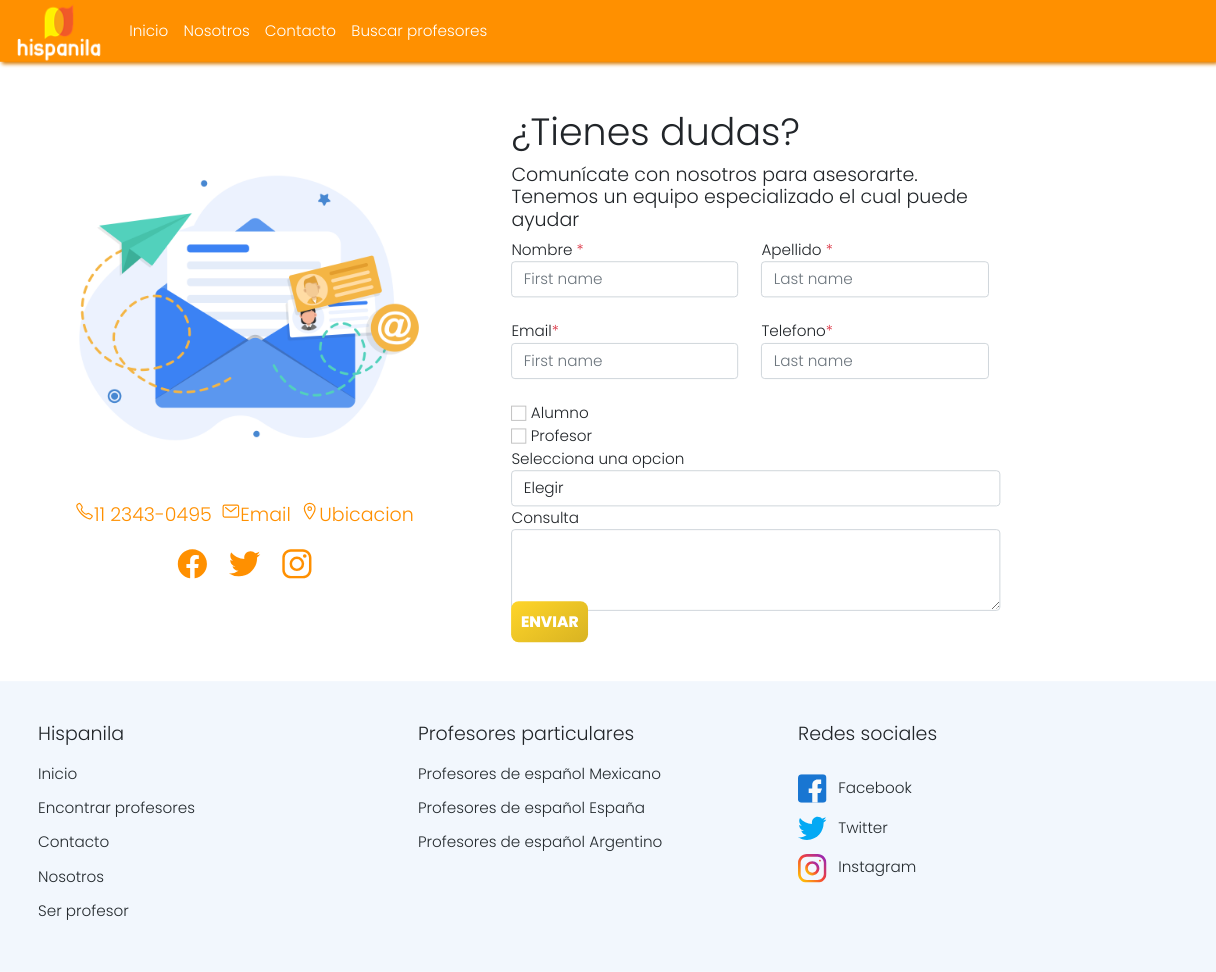
Repository: AgustinGarciaDev/Hispanila
Page: contact.html
These files come from the project's save history. The page is drawn as it stood at one moment and after the next save; the edit follows.
The browser window is 1280 px wide. The pictures show the whole page, at 95% of full size.
Some web libraries are served in a nearby version. The style sheet was rebuilt from its Sass, Less or Tailwind sources for each picture, by a compiler version that may differ from the author's.

Above is the page before, as saved 2021-01-29 00:03:04.

### contact.html
<!DOCTYPE html>
<html lang="en">

<head>

    <head>
        <meta charset="UTF-8">
        <title>Contacto</title>
        <meta name="viewport" content="width=device-width, user-scalable=no">
        <meta name="description" content="¿Tenes dudas? Comunícate con nosotros para asesorarte. Tenemos un equipo especializado el cual puede ayudar ">
        <meta name="keywords" content="Hispanila, contacto, ayuda, equipo , asesoramiento">
        <link rel="stylesheet" href="https://cdnjs.cloudflare.com/ajax/libs/animate.css/4.1.1/animate.min.css" />
        <link rel="preconnect" href="https://fonts.gstatic.com">
        <link rel="preconnect" href="https://fonts.gstatic.com">
        <link href="https://fonts.googleapis.com/css2?family=Poppins:ital,wght@0,200;0,300;0,800;0,900;1,200;1,500&display=swap" rel="stylesheet">
        <link href="https://fonts.googleapis.com/css2?family=Archivo:ital@0;1&display=swap" rel="stylesheet">
        <link href="https://cdn.jsdelivr.net/npm/bootstrap@5.0.0-beta1/dist/css/bootstrap.min.css" rel="stylesheet" integrity="sha384-giJF6kkoqNQ00vy+HMDP7azOuL0xtbfIcaT9wjKHr8RbDVddVHyTfAAsrekwKmP1" crossorigin="anonymous">
        <link rel="stylesheet" href="./css/style.css">

    </head>
</head>

<body>
    <header>
        <nav class="navbar navbar-expand-lg navbar-light bg-light nav-color">
            <div class="container-fluid">
                <a class="navbar-brand" href="./index.html"><img class="logo" src="./img/Hispanila_opt.png" alt=""></a>
                <button class="navbar-toggler" type="button" data-bs-toggle="collapse" data-bs-target="#navbarSupportedContent" aria-controls="navbarSupportedContent" aria-expanded="false" aria-label="Toggle navigation">
            <span class="navbar-toggler-icon"></span>
          </button>
                <div class="collapse navbar-collapse" id="navbarSupportedContent">
                    <ul class="navbar-nav me-auto mb-2 mb-lg-0">
                        <li class="nav-item">
                            <a class="nav-link active" aria-current="page" href="./index.html">Inicio</a>
                        </li>
                        <li class="nav-item">
                            <a class="nav-link" href="./we.html">Nosotros</a>
                        </li>
                        <li class="nav-item">
                            <a class="nav-link" href="./contact.html">Contacto</a>
                        </li>
                        <li class="nav-item">
                            <a class="nav-link" href="./searchteacer.html">Buscar profesores</a>
                        </li>
                    </ul>
                </div>
            </div>
        </nav>
    </header>

    <section class="contact__body">
        <div class="row">
            <div class="col-xl-5 col-lg12">
                <img class="email_img" src="./img/email.jpg" alt="">
                <div class="icons__list">
                    <a href="" class="icons__list_a">
                        <ion-icon name="call-outline"></ion-icon>11 2343-0495</a>
                    <a href="" class="icons__list_a">
                        <ion-icon name="mail-outline"></ion-icon>Email</a>
                    <a href="" class="icons__list_a">
                        <ion-icon name="location-outline"></ion-icon>Ubicacion</a>
                </div>
                <div class="icons__list__redsocial">
                    <a href="">
                        <ion-icon class="icons__list_logo_Redes" name="logo-facebook"></ion-icon>
                    </a>
                    <a href="">
                        <ion-icon class="icons__list_logo_Redes" name="logo-twitter"></ion-icon>
                    </a>
                    <a href="">
                        <ion-icon class="icons__list_logo_Redes" name="logo-instagram"></ion-icon>
                    </a>
                </div>
            </div>
            <div class="col-xl-5 col-lg12 ">
                <div class="text-contact">
                    <h1 class="text-contact__h1">¿Tienes dudas? </h1>
                    <h2 class="text-contact__h2">Comunícate con nosotros para asesorarte. Tenemos un equipo especializado el cual puede ayudar</h2>
                    <form>
                        <div class="row ">
                            <div class="col-6 mb-4 ">
                                <label class="font-weight-bold ">Nombre <span class="text-danger ">*</span></label>
                                <input type="text " class="form-control " placeholder="First name ">
                            </div>
                            <div class="col-6 mb-4 ">
                                <label class="font-weight-bold ">Apellido <span class="text-danger ">*</span></label>
                                <input type="text " class="form-control " placeholder="Last name ">
                            </div>

                            <div class="col-6 mb-4 ">
                                <label class="font-weight-bold ">Email<span class="text-danger ">*</span></label>
                                <input type="email " class="form-control " placeholder="First name ">
                            </div>
                            <div class="col-6 mb-4 ">
                                <label class="font-weight-bold ">Telefono<span class="text-danger ">*</span></label>
                                <input type="number " class="form-control " placeholder="Last name ">
                            </div>

                            <div class="col-6">
                                <input class="form-check-input " type="checkbox " id="gridCheck ">
                                <label class="form-check-label " for="gridCheck "> Alumno </label></div>
                        </div>
                        <div class="col-6">
                            <input class="form-check-input " type="checkbox " id="gridCheck ">
                            <label class="form-check-label " for="gridCheck "> Profesor</label></div>
                        <div class="col-12">
                            <label for="inputState ">Selecciona una opcion</label>
                            <select id="inputState " class="form-control ">
                               <option selected>Elegir</option>
                               <option>Problema con un profesor</option>
                               <option>Necesito soporte tecnico</option>
                               <option>Otra</option>
                            </select>
                        </div>
                        <div class="col-12 ">
                            <label for="exampleFormControlTextarea1 ">Consulta</label>
                            <textarea class="form-control " id="exampleFormControlTextarea1 " rows="3 "></textarea>
                        </div>
                        <a class="hero__bottom" href="./sendemail.html" role="button">ENVIAR</a>
                    </form>
                </div>
            </div>
        </div>
        </div>
    </section>
    <footer class="footer">
        <div class="list__footer ">
            <p class="list__footer__p-modifier ">Hispanila</p>
            <li class="list__footer__li-modifier "> <a class="list__footer__a-modifier " href="/index.html ">Inicio</a></li>
            <li class="list__footer__li-modifier "> <a class="list__footer__a-modifier " href="/searchteacer.html ">Encontrar profesores</a></li>
            <li class="list__footer__li-modifier "><a class="list__footer__a-modifier " href="/contacte.html ">Contacto</a></li>
            <li class="list__footer__li-modifier "><a class="list__footer__a-modifier " href="/we.html ">Nosotros</a></li>
            <li class="list__footer__li-modifier "><a class="list__footer__a-modifier " href="/we.html ">Ser profesor</a></li>
        </div>
        <div class="list__footer ">
            <p class="list__footer__p-modifier ">Profesores particulares</p>
            <li class="list__footer__li-modifier "> <a class="list__footer__a-modifier " href=" https://www.facebook.com/ "> Profesores de español Mexicano</a></li>
            <li class="list__footer__li-modifier "><a class="list__footer__a-modifier " href="https://twitter.com/home "> Profesores de español España</a></li>
            <li class="list__footer__li-modifier "><a class="list__footer__a-modifier " href="https://www.instagram.com/ "> Profesores de español Argentino</a></li>
        </div>

        <div class="list__footer ">
            <p class="list__footer__p-modifier "> Redes sociales</p>
            <li class="list__footer__li-modifier "></li><img class="list__footer__img-modifier " src="./img/facebook.svg " alt=" "> <a class="list__footer__a-modifier " href="https://www.facebook.com/ ">Facebook</a></li>
            <li class="list__footer__li-modifier "></li><img class="list__footer__img-modifier " src="./img/gorjeo.svg " alt=" "> <a class="list__footer__a-modifier " href="https://twitter.com/home ">Twitter</a></li>
            <li class="list__footer__li-modifier "></li><img class="list__footer__img-modifier " src="./img/instagram.svg " alt=" "> <a class="list__footer__a-modifier " href="https://www.instagram.com/ ">Instagram</a></li>
        </div>
    </footer>
    <script src="https://unpkg.com/ionicons@5.2.3/dist/ionicons.js "></script>
    <script src="https://cdn.jsdelivr.net/npm/bootstrap@5.0.0-beta1/dist/js/bootstrap.bundle.min.js " integrity="sha384-ygbV9kiqUc6oa4msXn9868pTtWMgiQaeYH7/t7LECLbyPA2x65Kgf80OJFdroafW " crossorigin="anonymous "></script>
</body>

</html>

### scss/style.scss
@import"variables";
@import "header";
@import "footer";
@import "body";
@import "home";
@import "contac";
@import "profile";
@import "seendemail";
@import "aboutUs";

### scss/_variables.scss
/* TIPOGRAFIAS */

$font-body: 'Poppins',
sans-serif;

/* SIZE TIPOGRAFIAS */

$nameteacher: 16px;
$titulocontacto: 20px;

/* ICONOS COLOR */

$color-start-icon: #FEC400;
$color-social:gray;

/*Color background*/

$color-box: linear-gradient(145deg, #d8e8f2, #b6c3cb);

/*Padding*/

$padding-currilum: 40px;

### scss/_header.scss
header {
    position: sticky;
    top: 0;
    z-index: 5;
}

### scss/_footer.scss
.footer {
    background-color: #F2F7FD;
    display: grid;
    grid-template-columns: repeat(3, 1fr);
    padding: 40px;
}

.list__footer__p-modifier {
    font-size: 20px;
}

.list__footer__li-modifier {
    list-style: none;
    align-items: center;
    display: flex;
    margin-bottom: 12px;
}

.list__footer__a-modifier {
    text-decoration: none;
    color: #252b2f;
}

.list-footer a:hover {
    text-decoration: underline;
}

.list__footer__img-modifier {
    width: 30px;
    height: 30px;
    margin-right: 8px;
}

@media (max-width: 768px) {
    .footer {
        display: flex;
        flex-wrap: wrap;
    }
    .list__footer {
        padding-left: 10px;
        padding-right: 10px;
        justify-content: center;
    }
}

@media (max-width: 520px) {}

### scss/_body.scss
body {
    margin: 0;
    font-family: $font-body;
}

### scss/_home.scss
.nav-color {
    background-color: #ff9000 !important;
    height: 65px;
    box-shadow: 2px 2px 4px #d97a00, -5px -5px 4px #ffa600;
}

.nav-link {
    color: white !important;
}

.hero {
    display: grid;
    grid-template-columns: 2fr 2fr;
    height: 600px;
    background-image: url(http://baravdg.com/wp-content/uploads/2021/01/hero-background.png);
    background-position: center;
    background-repeat: no-repeat;
    background-size: cover;
}

.hero .box {
    display: flex;
    flex-direction: column;
    margin: auto;
    padding-left: 30px;
}

.hero__title_h1 {
    color: white;
    font-weight: 700;
    font-size: 50px;
}

.hero__title_p {
    color: white;
    font-size: 30px;
    font-size: 400;
}

.hero__bottom {
    width: 200px;
    color: white;
    padding: 10px;
    text-align: center;
    text-decoration: none;
    font-size: 'Poppins', sans-serif;
    font-weight: 800;
    border-radius: 8px;
    background: linear-gradient(145deg, #ffd529, #d8b322);
}


/* EMPIEZA LAS CARD DE LAS BANDERAS */

.Tittle_h2 {
    text-align: center;
    padding: 30px;
    font-size: 40px;
    font-weight: 800;
}

.block-band {
    display: grid;
    grid-template-columns: repeat(3, 1fr);
    grid-column-gap: 30px;
    grid-row-gap: 30px;
    justify-items: center;
}

.link {
    color: inherit;
    text-decoration: inherit;
}

.card-band {
    border-radius: 24px;
    border-radius: 24px;
    background: #ecf1f4;
    box-shadow: 22px 22px 18px #dee3e5, -22px -22px 18px #faffff;
    width: 400px;
    height: 372px;
}

.content-band {
    display: flex;
    padding-left: 40px;
    padding-bottom: 10px;
}

.info-card {
    padding-top: 9px;
    padding-left: 10px;
}

.info-card h4 {
    margin: 0;
}

.info-card p {
    margin: 0;
    margin-left: 6;
}

.card-band .teacher-photo {
    width: 400px;
    height: 300px;
}

.card-band .band {
    height: 50px;
    width: 50px;
}

.card-prof {
    margin: 40px;
    padding: 40px;
}

.table-proyect {
    padding: 40px;
}


/* Card study*/

.margin {
    margin: 20px;
}

.card__study__resson {
    width: 300px;
    height: 572px;
}

.card__study__img {
    height: 400px;
    width: 200px;
    display: flex;
    margin: auto;
}

.card__study_text {
    text-align: center;
}

.card__study__btn {
    width: 200px;
    color: white;
    padding: 10px;
    justify-content: center;
    text-decoration: none;
    font-size: 'Poppins', sans-serif;
    font-weight: 800;
    border-radius: 8px;
    background: linear-gradient(145deg, #ffd529, #d8b322);
    display: flex;
    margin: auto;
}

@media (max-width: 890px) {
    .block-band {
        grid-template-columns: repeat(2, 1fr);
    }
    .card-band .teacher-photo {
        width: 324px;
        height: 239px;
    }
    .card-band {
        width: 324px;
        height: 325px;
    }
    .logo {
        margin-top: -20px;
    }
}

@media (max-width: 520px) {
    .hero {
        height: 360px;
    }
    .block-band {
        grid-template-columns: none;
    }
    .card__study__resson {
        width: 300px;
        height: 572px;
    }
    .nav-color {
        height: 70px;
    }
    .logo {
        margin-top: -20px;
    }
    .hero__title_h1 {
        font-size: 31px;
    }
    .hero__title_p {
        font-size: 17px;
    }
    .Tittle_h2 {
        text-align: center;
        padding: 17px;
        font-size: 32px;
        font-weight: 800;
    }
}

### scss/_contac.scss
.contact__body {
    margin-top: 50px;
    margin-bottom: 50px;
}

.row {
    margin-right: 0;
}

.email_img {
    width: 100%;
}

.icons__list {
    display: flex;
    justify-content: center;
}

.icons__list_a {
    text-decoration: none;
    color: #ff9000;
    padding-bottom: 10px;
    padding-left: 5px;
    padding-right: 5px;
    font-size: 20px;
}

.icons__list__redsocial {
    display: flex;
    flex-direction: row;
    padding-top: 10px;
    justify-content: center;
}

.icons__list_logo_Redes {
    color: #ff9000;
    font-size: 35px;
    margin: 0 10px;
}

.text-contact__h2 {
    font-size: $titulocontacto;
}

.boton__send {}

.btn_send {
    width: 200px;
    color: white;
    padding: 10px;
    text-align: center;
    text-decoration: none;
    font-size: 'Poppins', sans-serif;
    font-weight: 800;
    border-radius: 8px;
    background-color: orange;
    margin-top: 40px;
}

@media (max-width: 520px) {
    .text-contact__h1 {
        text-align: center;
    }
    .text-contact__h2 {
        font-size: $titulocontacto -7;
        text-align: center;
    }
}

### scss/_profile.scss
    .layout {
        display: grid;
        grid-template-columns: 2fr 1fr;
        grid-template-rows: 1fr;
        grid-column-gap: 10px;
        grid-row-gap: 10px;
        padding: 20px;
    }

    .layout__infoteache__video-modifier {
        width: 100%;
        height: 500px;
    }

    .layout__profile {
        border-radius: 8px;
        background: #ffffff;
        box-shadow: 8px 8px 55px #d9d9d9, -8px -8px 55px #ffffff;
    }

    .layaout__datachecher__layout__img-modifier {
        width: 80px;
        height: 80px;
        border-radius: 50%;
        display: flex;
        margin: auto;
    }

    .layaout__datachecher__h1-modifier {
        font-size: 30px;
        font-weight: 600;
    }

    .layaout__datachecher__h2-modifier {
        font-size: 14px;
    }

    .scoreteacher {
        display: flex;
        flex-direction: row;
    }

    .scoreteacher__icon--modifier {
        color: $color-start-icon;
        margin-top: 28px;
        margin-bottom: 2px;
    }

    .scoreteacher__number--modifier {
        margin-top: 26px;
        margin-bottom: 2px;
        padding-left: 9px;
    }

    .layout__sepator {
        border: 1px solid #10101030;
        margin: 10px;
    }

    .card {
        margin-bottom: 15px;
        margin-top: 15px;
    }

    .card-body {
        display: flex;
    }

    .clases__titulo-Modifier {
        font-size: 25px;
        font-size: 500;
    }

    .curriculum {
        margin: 30px 0;
        border-radius: 8px;
        background: #ffffff;
        box-shadow: 8px 8px 55px #d9d9d9, -8px -8px 55px #ffffff;
        padding: $padding-currilum;
    }

    .lessons__box {
        padding: 40px;
        margin: 30px 0;
        border-radius: 8px;
        background: #ffffff;
        box-shadow: 8px 8px 55px #d9d9d9, -8px -8px 55px #ffffff;
    }

    .Comentary {
        margin-top: 20px;
        background: #ffffff;
        box-shadow: 8px 8px 55px #d9d9d9, -8px -8px 55px #ffffff;
        padding: 30px;
    }

    .personaldata {
        display: flex;
        flex-direction: row;
    }

    .Comentary__grid {
        margin-top: 40px;
        display: grid;
        grid-template-columns: 1fr 1fr;
        grid-template-rows: 1fr 1fr 1fr;
        grid-row-gap: 30px;
    }

    .Comentary__layout {
        width: 350px;
        height: 140px;
        padding: 10px;
        background: rgba( 255, 255, 255, 0.00);
        box-shadow: 0 8px 10px 0 rgba( 31, 38, 135, 0.37);
        border-radius: 10px;
    }

    .personaldata img {
        border-radius: 50%;
        width: 50px;
        height: 50px;
    }

    .Reserva {
        position: sticky;
        top: 100px;
        height: 350px;
        border-radius: 8px;
        background: #ffffff;
        box-shadow: 8px 8px 55px #d9d9d9, -8px -8px 55px #ffffff;
    }

    .Reserva__precios_layout {
        padding-bottom: 10px;
        padding-top: 10px;
    }

    .boton__ML {
        display: flex;
        justify-content: center;
    }

    .mercadopago-button {
        height: 40px;
        font-weight: 300px;
        font-family: $font-body;
        background-color: #00b1ff!important;
        width: 100%;
        border-radius: 1px;
        background: $color-box;
        box-shadow: 5px 5px 9px #b8c5ce, -5px -5px 9px #dcedf6;
    }

    .Reserva__divider {
        border: 1px solid gray;
    }

    .Reserva__contact {
        text-align: center;
        padding: 20px;
    }

    .Reserva__contact_boton {
        display: block;
        font-weight: 400;
        padding: 20px;
        text-decoration: none;
        color: white;
        background: #48af41!important;
        border-radius: 1px;
        border-radius: 1px;
        background: $color-box;
        box-shadow: 5px 5px 9px #b8c5ce, -5px -5px 9px #dcedf6;
    }
    /* Responsive */

    @media (max-width: 890px) {
        .layout {
            display: flex;
            flex-direction: column;
        }
        .Comentary__grid {
            display: flex;
            flex-wrap: wrap;
        }
        .Comentary__layout {
            width: 100%;
        }
        .Reserva {
            position: relative;
            top: 0;
            width: 100%;
            height: 350px;
        }
    }

    @media (max-width: 520px) {
        .layout__infoteache__video-modifier {
            height: 240px;
        }
        .layout__scoreteacher {
            margin-left: 132px;
        }
        .layout__dateacher_info {
            margin-left: -9px;
        }
        .Reserva__contact_boton {
            width: 200px;
            height: 70px;
            display: inline-block;
            padding: 10px;
        }
        .card-body {
            flex-direction: column;
            align-items: center;
        }
        .curriculum {
            padding: $padding-currilum -30;
        }
    }

### scss/_seendemail.scss
.lottie {
    justify-content: center;
    display: flex;
}

### scss/_aboutUs.scss
    .About__tittle-h1 {
        text-align: center;
        padding: 20px 0;
        font-weight: 800;
    }

    .About__img {
        display: flex;
        justify-content: center;
        align-items: center;
    }

    .About__img--modifier {
        width: 900px;
        height: 600px;
    }

    .About__history {
        text-align: center;
        margin: 10px 500px;
    }

    .About_compromise_img {
        width: 400px;
        height: 300px;
    }

    .about__container {
        margin-top: 50px;
        margin-bottom: 50px;
    }

    .Value {
        margin-top: 40px;
    }

    @media (max-width: 890px) {
        .About__img--modifier {
            width: 100%;
            height: auto;
        }
        .About__history {
            margin: 10px 20px;
        }
    }

    @media (max-width: 570px) {
        .About_compromise_img {
            height: 300px;
        }
        .About_compromise__responsive {
            flex-direction: column-reverse;
            display: flex;
        }
        .Value {
            display: flex;
            align-items: center;
            justify-content: center;
        }
        .Value__box {
            display: flex;
            flex-direction: column;
            justify-content: center;
        }
    }

After the next save:
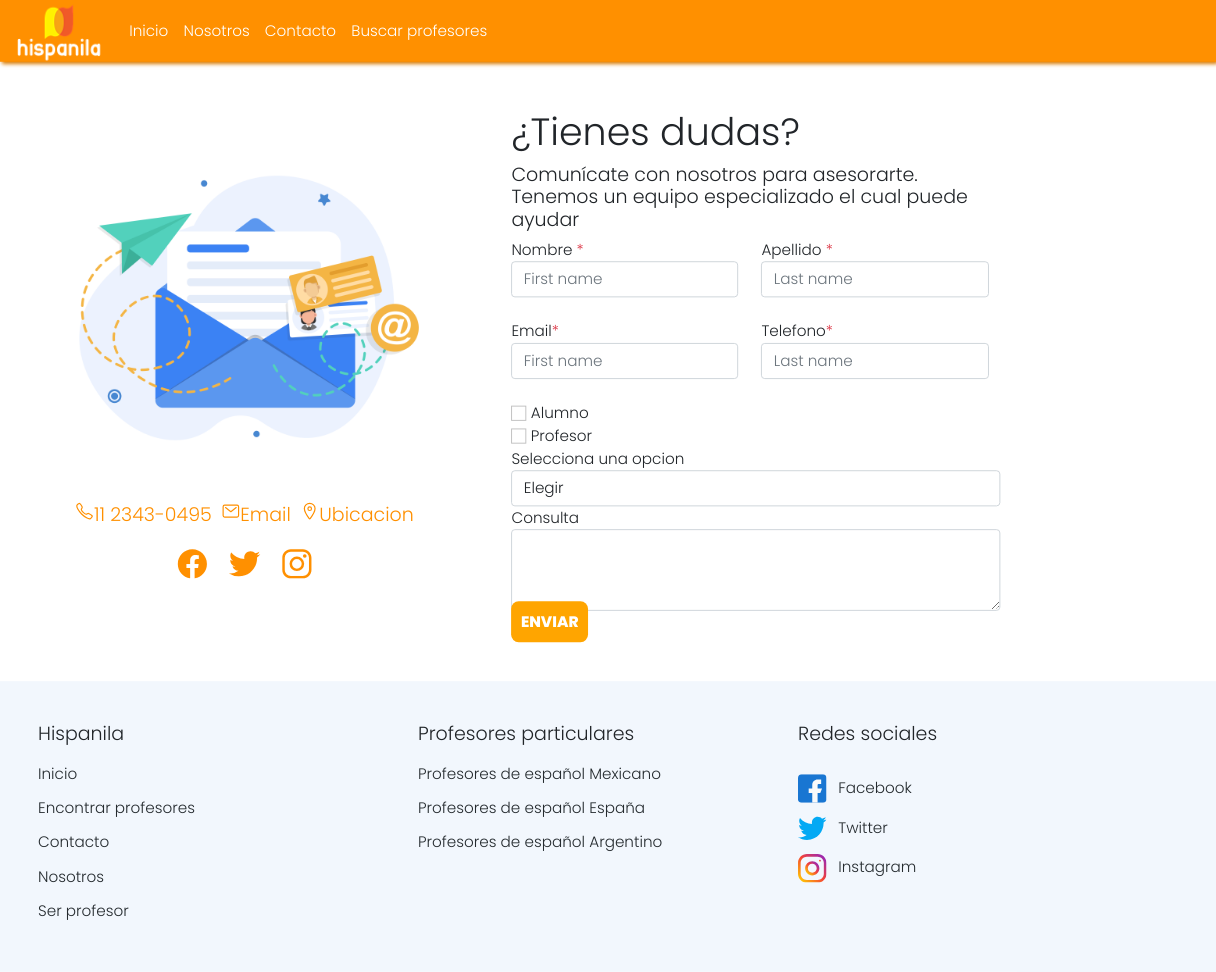
Saved 4 s later.
--- a/contact.html
+++ b/contact.html
@@ -116,7 +116,7 @@
                             <label for="exampleFormControlTextarea1 ">Consulta</label>
                             <textarea class="form-control " id="exampleFormControlTextarea1 " rows="3 "></textarea>
                         </div>
-                        <a class="hero__bottom" href="./sendemail.html" role="button">ENVIAR</a>
+                        <a class="btn_send " href="./sendemail.html" role="button">ENVIAR</a>
                     </form>
                 </div>
             </div>
